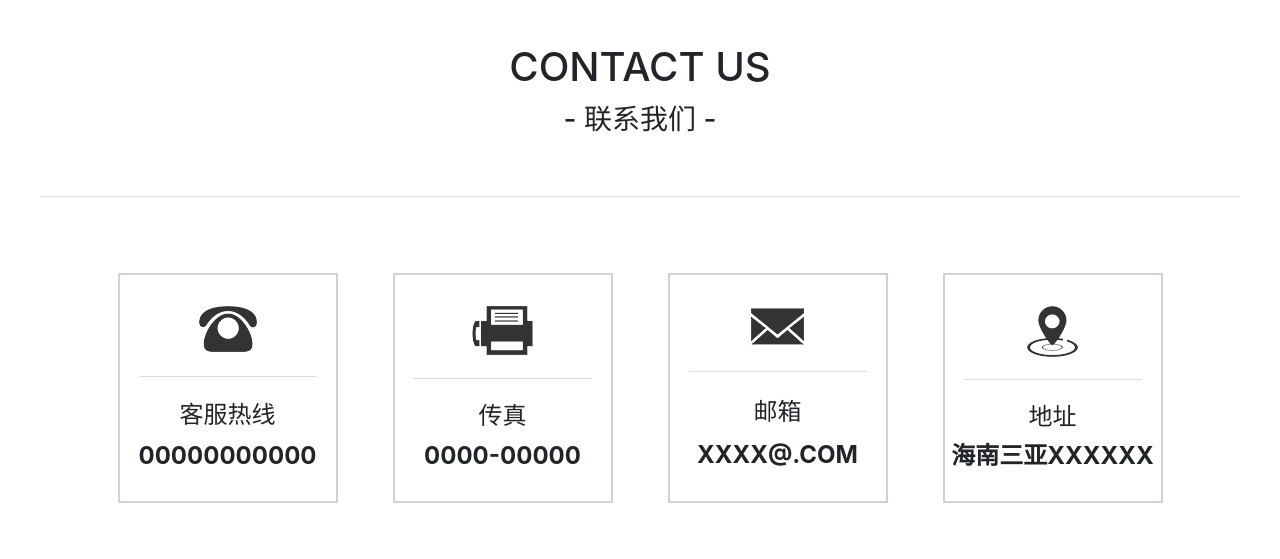
Repository: Noitom/Hadalsnailfish
Page: src/main/resources/static/html/connect.html
An editor plug-in stored every save of this project. The page is shown before and after the next save, followed by the edit.
The browser window is 1280 px wide. The pictures show the whole page.

Above is the page before, as saved 2021-12-14 15:14:38.

### src/main/resources/static/html/connect.html
<!DOCTYPE html>
<html lang="zh-CN">
<head>
    <meta charset="utf-8">
    <meta http-equiv="X-UA-Compatible" content="IE=edge">
    <meta name="viewport" content="width=device-width, initial-scale=1">
    <title>深海狮子鱼</title>
    <link href="../bootstrap/css/bootstrap.min.css" rel="stylesheet">
    <link href="../css/cl-css.css" rel="stylesheet">
    <link href="../font-awesome/css/font-awesome.min.css" rel="stylesheet">
    <link href="../element/element.css" rel="stylesheet" type="text/css">
    <style>
        .el-carousel__item h3 {
            color: #475669;
            font-size: 14px;
            opacity: 0.75;
            line-height: 150px;
            margin: 0;
        }

        .el-row {
            margin-bottom: 20px;
        &:last-child {
             margin-bottom: 0;
         }
        }
        .el-col {
            border-radius: 4px;
        }
        .bg-purple-dark {
            background: #99a9bf;
        }
        .bg-purple {
            background: #d3dce6;
        }
        .bg-purple-light {
            background: #e5e9f2;
        }
        .grid-content {
            border-radius: 4px;
            min-height: 36px;
        }
        .row-bg {
            padding: 10px 0;
            background-color: #f9fafc;
        }
        .szy-contact-way{
            width: 220px;
            height: 230px;
            border: 2px solid #d4d0d0;
            padding-top: 30px;
            padding-bottom: 20px;
        }

    </style>
</head>
<body>
<div id="app" style="background:#fff;">
    <!--顶部导航start-->
    <!--<div class="cl-header container-fluid">-->
    <!--<div class="header-content container">-->
    <!--<nav class="navbar navbar-expand-lg navbar-light">-->
    <!--<a class="navbar-brand" href="product.html">-->
    <!--<img src="../img/szy1.png" height="110" alt="">-->
    <!--</a>-->
    <!--<button class="navbar-toggler" type="button" data-toggle="collapse" data-target="#navbarNav" aria-controls="navbarNav" aria-expanded="false" aria-label="Toggle navigation">-->
    <!--<span class="navbar-toggler-icon"></span>-->
    <!--</button>-->
    <!--<div class="collapse navbar-collapse justify-content-end" id="navbarNav">-->
    <!--<el-menu  class="el-menu-demo" mode="horizontal"  text-color="#2b2b2b" default-active="5" active-text-color="rgb(91, 146, 251)">-->
    <!--<el-menu-item index="1"> <a href="../index.html">首页</a> </el-menu-item>-->
    <!--&lt;!&ndash; <el-submenu index="2"> &ndash;&gt;-->
    <!--<el-menu-item index="2" > <a href="product.html">所有产品</a> </el-menu-item>-->
    <!--<el-menu-item index="3" > <a href="help.html">技术支持</a> </el-menu-item>-->
    <!--<el-menu-item index="4" > <a href="#">合作伙伴</a> </el-menu-item>-->
    <!--<el-menu-item index="5"><a href="connect.html">联系我们</a></el-menu-item>-->
    <!--</el-menu>-->
    <!--&lt;!&ndash; <el-menu-item index="2-1"> <a href="html/product.html">所有产品</a> </el-menu-item> &ndash;&gt;-->
    <!--&lt;!&ndash; <el-submenu index="2-2">-->
    <!--<template slot="title">应用分类</template>-->
    <!--<el-menu-item index="2-2-1">生物于微生物</el-menu-item>-->
    <!--<el-menu-item index="2-2-2">地球物理与资源</el-menu-item>-->
    <!--<el-menu-item index="2-2-3">地质与地球化学</el-menu-item>-->
    <!--<el-menu-item index="2-2-4">物理海洋规划</el-menu-item>-->
    <!--<el-menu-item index="2-2-5">水下运载潜水器</el-menu-item>-->
    <!--</el-submenu>-->
    <!--<el-submenu index="2-3">-->
    <!--<template slot="title">深度分类</template>-->
    <!--<el-menu-item index="2-3-1">300</el-menu-item>-->
    <!--<el-menu-item index="2-3-2">1500</el-menu-item>-->
    <!--<el-menu-item index="2-3-3">3000</el-menu-item>-->
    <!--<el-menu-item index="2-3-4">4500</el-menu-item>-->
    <!--<el-menu-item index="2-3-5">6000</el-menu-item>-->
    <!--<el-menu-item index="2-3-5">11000</el-menu-item>-->
    <!--</el-submenu>-->
    <!--<el-submenu index="2-4">-->
    <!--<template slot="title">海工领域</template>-->
    <!--<el-menu-item index="2-4-1">近岸工作</el-menu-item>-->
    <!--<el-menu-item index="2-4-2">深海工程</el-menu-item>-->
    <!--</el-submenu>-->
    <!--<el-submenu index="2-5">-->
    <!--<template slot="title">应用视频</template>-->
    <!--<el-menu-item index="2-5-1">典型应用影片展示与介绍</el-menu-item>-->
    <!--<el-menu-item index="2-5-2">选项2</el-menu-item>-->
    <!--<el-menu-item index="2-5-3">选项3</el-menu-item> &ndash;&gt;-->
    <!--&lt;!&ndash; </el-submenu>-->
    <!--</el-submenu>-->
    <!--<el-submenu index="3"> &ndash;&gt;-->
    <!--&lt;!&ndash; <el-menu-item index="3-1"><a href="html/help.html">技术指导</a></el-menu-item>-->
    <!--<el-menu-item index="3-2">售后服务</el-menu-item> &ndash;&gt;-->
    <!--&lt;!&ndash; </el-submenu> &ndash;&gt;-->
    <!--</div>-->
    <!--</nav>-->
    <!--</div>-->
    <!--</div>-->
    <!--顶部导航end-->
    <!--轮播图-->
    <!--<div class="" >-->
    <!--<template>-->
    <!--<div class="block">-->
    <!--<el-carousel height="300px">-->
    <!--<el-carousel-item v-for="item in imageList" :key="item">-->
    <!--<img :src="item" style="width: 100%;height:720px">-->
    <!--</el-carousel-item>-->
    <!--</el-carousel>-->
    <!--</div>-->
    <!--</template>-->
    <!--</div>-->
    <!--首页其他内容展示-->

    <div class="container-fluid">
        <div class="d-flex flex-column justify-content-around align-items-center " style="height: 600px;padding-bottom: 50px">
            <div class="d-flex flex-column justify-content-around align-items-center" style="height: 200px;">
                <div style="height: 90px; text-align: center;padding-top: 30px">
                    <h1>CONTACT US</h1>
                </div>
                <div style="height: 80px;text-align: center">
                    <h3>- 联系我们 -</h3>
                </div>
                <div style="height: 30px;">
                    <img src="../img/AD0IhdDxBBAEGAAgv7CfvgUo3Iz0ogYwsAk4AQ.png">
                </div>
            </div>
            <div class="d-flex flex-row justify-content-around align-items-center" style="height: 300px;width: 1200px;padding-left: 50px;padding-right: 50px">
                <div class="d-flex flex-column justify-content-around align-items-center szy-contact-way" >
                    <img src="../img/AD0IhdDxBBAEGAAg0bCfvgUo47q5tAMwOjgu.png">
                    <img src="../img/AD0IhdDxBBAEGAAgz7CfvgUowOry3wcwsgE4AQ.png" style="margin-top: 20px;margin-bottom: 20px">
                    <h4>客服热线</h4>
                    <h4><b>00000000000</b></h4>
                </div>
                <div class="d-flex flex-column justify-content-around align-items-center szy-contact-way" >
                    <img src="../img/AD0IhdDxBBAEGAAgxrCfvgUo8vC3RzA9ODE.png">
                    <img src="../img/AD0IhdDxBBAEGAAgz7CfvgUowOry3wcwsgE4AQ.png" style="margin-top: 20px;margin-bottom: 20px">
                    <h4>传真</h4>
                    <h4><b>0000-00000</b></h4>
                </div>
                <div class="d-flex flex-column justify-content-around align-items-center szy-contact-way" >
                    <img src="../img/AD0IhdDxBBAEGAAgx7CfvgUosLOd0QMwNTgl.png">
                    <img src="../img/AD0IhdDxBBAEGAAgz7CfvgUowOry3wcwsgE4AQ.png" style="margin-top: 20px;margin-bottom: 20px">
                    <h4>邮箱</h4>
                    <h4><b>XXXX@.COM</b></h4>
                </div>
                <div class="d-flex flex-column justify-content-around align-items-center szy-contact-way" >
                    <img src="../img/AD0IhdDxBBAEGAAg0LCfvgUo4N3IKjAzODM.png">
                    <img src="../img/AD0IhdDxBBAEGAAgz7CfvgUowOry3wcwsgE4AQ.png" style="margin-top: 20px;margin-bottom: 20px">
                    <h4>地址</h4>
                    <h4><b>海南三亚XXXXXX</b></h4>
                </div>
            </div>
        </div>
    </div>

    <!--<div class="container-fluid cl-footer">-->
    <!--<div class="container">-->
    <!--<div class="row">-->
    <!--<div class="col-md-4">-->
    <!--<p class="cl-copyright">关于我们</p>-->
    <!--<p class="cl-copyright">-->
    <!--<img src="../img/formargin.webp">-->
    <!--联系电话:xxxxxx-->
    <!--</p>-->

    <!--</div>-->
    <!--<div class="col-md-4">-->
    <!--<p class="cl-copyright">关于我们</p>-->
    <!--<p class="cl-copyright">-->
    <!--<img src="../img/email.webp">-->
    <!--邮箱：xxx@.com</p>-->
    <!--</div>-->
    <!--<div class="col-md-4">-->
    <!--<p class="cl-copyright">关于我们</p>-->
    <!--<p class="cl-copyright">-->
    <!--<img src="../img/address.webp" alt="">-->
    <!--公司地址:</p>-->
    <!--</div>-->
    <!--</div>-->
    <!--<p class="cl-copyright">本设计由XXX荣誉出品</p>-->
    <!--<p class="cl-copyright">copyright @ 2017~2018 XXXXX</p>-->
    <!--</div>-->
    <!--</div>-->
</div>
<script src="../jquery/jquery.min.js"></script>
<script src="../bootstrap/js/bootstrap.min.js"></script>
<script src="../element/vue.js"></script>
<script src="../element/element.js"></script>
<script type="text/javascript">
    //配置对象 options
    new Vue({
        // 配置选项(option)
        // element: 指定用vue来管理页面中的哪个标签区域
        el: '#app',
        data: {
            isCollapse: true,
            imageList:[
                '../img/AD0IhdDxBBACGAAg87q03wUomNK66wUwgA840QU.jpg',
                '../img/AD0IhdDxBBACGAAg87q03wUokNmXkwUwgA840QU.jpg'
            ],
            message:'公司简介：XXXXXXXXXXXXX'

        },
        methods: {

        }
    });

</script>
</body>
</html>

### src/main/resources/static/css/cl-css.css
/*global*/
body{
    background-color: #f4f4f4;
}

a{
    display: block;
    color:#333;
    font-size: 16px;
    font-family: 微软雅黑;
}
a:hover{
    color:#076ce0;
    text-decoration: none;
}
/*header*/
.cl-header {
    background-color: #fff;
    /*height: 80px;*/
    /*line-height: 80px;*/
    /*box-shadow:0 5px 15px rgba(153, 153, 153, 0.1)!*添加阴影*!*/
}
.header-content{
    position: relative;
}

@media (min-width: 992px){
    .navbar-expand-lg .navbar-nav .nav-link {
        padding-right: 1rem;
        padding-left: 1rem;
    }
}
.navbar-toggler:not(:disabled):not(.disabled):focus{
    outline: none;
}
.navbar{
    padding:0;
}
.navbar-light .navbar-nav .active>.nav-link{
    color: #333;
    font-weight: bold;
    display: inline-block;
    padding: 0 20px;
}
.navbar-light .navbar-nav .active>.nav-link:hover{
    color: #076ce0;
}

.nav .nav-item a.active{
    color: #076ce0;
    font-weight: bold;
}

.navbar .navbar-brand img{
    max-width: 100%;
    max-height: 100%;
}
.recommend-index{
    margin-bottom:20px;
}



/*footer*/
.cl-footer{
    background-color: #2d3e50;
    text-align: center;
    padding:2rem 0 1rem 0;
    /* margin:1rem 0 1rem 0; */
    border-top:1px solid #f1f1f1;
    /*margin-left: 10px;*/

}
.cl-footer-link a{
    font-size:20px;
    padding:1rem 0;
    color:#666;
}

.cl-copyright{
    color:#666;
    font-size:14px;
    line-height:0.8em;

}

.text-primary{
    text-align: right;
}
.text-primary a{
    font-size:14px;
    color:#666;
}
@media (min-width: 576px){
    .ll-panel{
        max-width: 30%;
    }
}

/*recommend aritical*/
.recommend-panel{
    margin:20px 0;
}
.recommend-panel a.recommend-panel-link{
    display: block;
}
.recommend-panel-bottom{
    padding:0.5rem;
    font-size:14px;
}
.ll-title{
    margin:3rem 0 1rem 0;
    color:#333;
}
.recommend-panel-top{
    overflow: hidden;
    height: 12rem;
}

.recommend-panel-top img,.recommend-item img,.cl-card-image img{
    width: 100%;
    max-width: 100%;
    transition:0.4s ease-out;
    -webkit-transition:0.4s ease-out;
    -moz-transition:0.4s ease-out;
    -o-transition:0.4s ease-out;
}
.recommend-panel-top img:hover,.recommend-item img:hover,.cl-card-image img:hover{
    transform: scale(1.1, 1.1);
    -webkit-transform: scale(1.1, 1.1);
    -o-transform: scale(1.1, 1.1);
    -moz-transform: scale(1.1, 1.1);
}
/* 第二模块 */
.jumbotron-one{
    height: 650px;
    position: relative;
}
.szy-tow {
    height: 600px;
    width: 300px;
    position: absolute;
    left: 30%;
    top: 50%;
    transform: translate(-50%)
    translatey(-50%)

}
.szy-tow p{
    font-size: 20px;
    font-family: 微软雅黑;
}
.szy-tow span {
    font-size: 13px;
    font-family: 微软雅黑;
}
.szy-tow-one {
    height: 600px;
    width: 500px;
    position: absolute;
    left: 50%;
    top: 5%;
    background: url(cssimg/szy1.png) no-repeat;
}
/* .container-tow{
    width:1200px;
    height: 291px;
    position: absolute;
    left: 50%;
    top: 50%;
    transform: translate(-50%)
    translatey(-50%);
}
.word{
    font-size: 30px;
    font-family: 微软雅黑;
    color: blue;
    font-weight:bold ;
    max-width: 750px;
    padding: 20px 75px 20px 75px;
    margin: 10px;
    line-height: 90px;
}
.word-1{
    width: 500px;
    height: 150px;
    position: absolute;
    left: 7%;
    top: 30%;
    /* transform: translate(-50%)
    translatey(-50%); */
/* } */
/* .word-i span{
    font-size: 16px;
    font-family: 微软雅黑;
    color: black;
    padding: 0px 90px;
    left: 50%;
}
.image-1{
    width: 388px;
    height: 388px;
    position: absolute;
    left: 75%;
    top: 50%;
    transform: translate(-50%)
    translatey(-50%);
}
.image-2{
    width: 65px;
    height: 65px;
    position: absolute;
    left: 10%;
    top: 100%;
    transform: translate(-50%)
    translatey(-50%);
}
.but-1{
    width: 120px;
    height: 65px;
    background: #5d94fb;
    position: absolute;
    left: 90%;
    top: 55%;
    transform: translate(-50%)
    translatey(-50%);
    cursor: default;
}
.but-1 a{
    height: 100px;
    text-decoration: none;
    font-size: 16px;
    line-height: 63px;
    text-align: center;
    color: #fff;
    position: absolute;
    left: 50%;
    top: 70%;
    transform: translate(-50%)
    translatey(-50%);
}
.but-2{
    width: 80px;
    height: 65px;
    background: #2a5cb9;
    position: absolute;
    left: 98%;
    top: 55%;
    transform: translate(-50%)
    translatey(-50%);
    cursor: default;
}
.but-2 span{
    height: 100px;
    text-decoration: none;
    font-size: 40px;
    line-height: 63px;
    text-align: center;
    color: #fff;
    position: absolute;
    left: 50%;
    top: 70%;
    transform: translate(-50%)
    translatey(-50%);
} */
/* 产品介绍界面*/
.jumbotron-i{
    height: 670px;
    position: relative;
}
.container-i{
    width: 320px;
    height: 96px;
    margin:0 auto;
    position: absolute;
    left: 30%;
    top: 20%;
    transform: translate(-50%)
    translatey(-50%);
}
.container-i span{
    font-size: 30px;
    color: rgb(51, 129, 255);
    font-weight:bold;
    font-family: 微软雅黑;
}
.mod_service{
    width: 1800px;
    height: 400px;
}
.mod_service ul li{
    float: left;
    width: 300px;
    height: 300px;
}
.mod_service ul li h5{
    float: left;
    width: 280px;
    height: 280px;
}
.mod_service ul li h4{
    float: left;
    width: 280px;
    height: 280px;
}
.mod_service ul li p{
    float: left;
    width: 280px;
    height: 280px;
}

/*字体*/
.szy-yahei{
    font-family: 微软雅黑;
}

.szy-yahei-22px-blue{
    font-family: 微软雅黑;
    font-size: 22px;
    color: rgb(91, 146, 251);
    margin-bottom: 0
}

.szy-yahei-18px-white{
    font-family: 微软雅黑;
    color: rgb(255, 255, 255);
    font-size: 18px;
    margin-bottom: 0
}

.szy-yahei-16px-white{
    font-family: 微软雅黑;
    color: rgb(255, 255, 255);
    font-size: 16px;
    margin-bottom: 0
}

.szy-index-img{
    height: 250px;
    width: 250px
}

.szy-end-padding{
    padding: 5px;
}

Loaded but not shown: src/main/resources/static/bootstrap/css/bootstrap.min.css (library); src/main/resources/static/font-awesome/css/font-awesome.min.css (library); src/main/resources/static/element/element.css (library); src/main/resources/static/jquery/jquery.min.js (library); src/main/resources/static/bootstrap/js/bootstrap.min.js (library); src/main/resources/static/element/vue.js (library); src/main/resources/static/element/element.js (library)

After the next save:
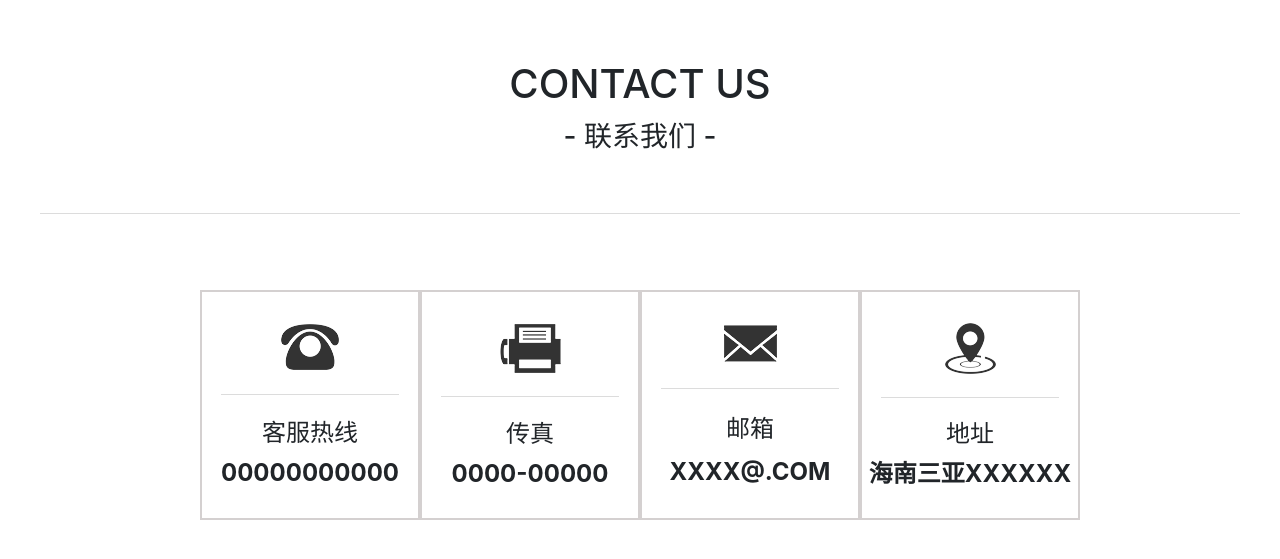
Saved 36 s later.
--- a/src/main/resources/static/html/connect.html
+++ b/src/main/resources/static/html/connect.html
@@ -141,7 +141,7 @@
                     <img src="../img/AD0IhdDxBBAEGAAgv7CfvgUo3Iz0ogYwsAk4AQ.png">
                 </div>
             </div>
-            <div class="d-flex flex-row justify-content-around align-items-center" style="height: 300px;width: 1200px;padding-left: 50px;padding-right: 50px">
+            <div class="d-flex flex-row justify-content-around align-items-center" style="padding-left: 50px;padding-right: 50px">
                 <div class="d-flex flex-column justify-content-around align-items-center szy-contact-way" >
                     <img src="../img/AD0IhdDxBBAEGAAg0bCfvgUo47q5tAMwOjgu.png">
                     <img src="../img/AD0IhdDxBBAEGAAgz7CfvgUowOry3wcwsgE4AQ.png" style="margin-top: 20px;margin-bottom: 20px">
